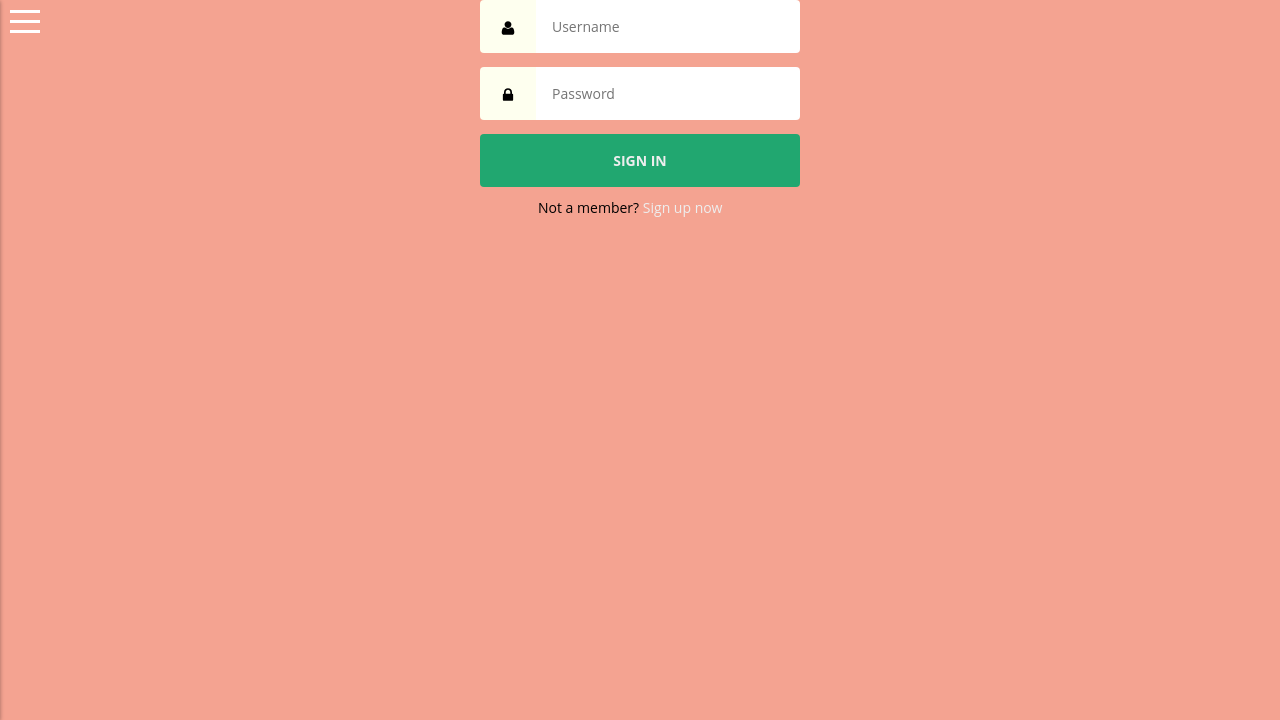
Repository: se-yoo/ChangeSeat
Page: http://localhost/ChangeSeat/signUp.jsp
An editor plug-in stored every save of this project. The page is shown before and after the next save, followed by the edit.
The browser window is 1280 px wide. The pictures show the whole page.
Some web libraries are served in a nearby version. The page is served by Tomcat 9.

Above is the page before, as saved 2018-06-25 09:38:00.

### ChangeSeat/WebContent/signUp.jsp
<%@ page language="java" contentType="text/html; charset=UTF-8"
    pageEncoding="UTF-8"%>
<jsp:forward page="templateTest.jsp">
	<jsp:param name="CONTENTPAGE" value="loginProc.jsp"/>
</jsp:forward>

### ChangeSeat/WebContent/templateTest.jsp
<%@ page language="java" contentType="text/html; charset=UTF-8"
    pageEncoding="UTF-8"%>
<!DOCTYPE html>
<html>
<head>
<meta charset="UTF-8">
<title>자리바꾸기</title>
<meta name="viewport" content="width=device-width, initial-scale=1">
 <title>Side Menu</title>
 <link rel="stylesheet" href="templateStyle.css">
 <link href='https://fonts.googleapis.com/css?family=Pacifico' rel='stylesheet' type='text/css'>
 <script src="//ajax.googleapis.com/ajax/libs/jquery/1.6.1/jquery.min.js" type="text/javascript"></script>
 <script>
$(document).ready(function(){
  /*
  $(".first").mouseover(function(){
    $(".second").css("background-color", '#6b81d5');
    $(".first").css("background-color", '#D56B81');

  });
  $(".second").mouseover(function(){
    $(".second").css("background-color", '#8a6bd5');
    $(".first").css("background-color", '#6bd5bf');

  });
  */
  $(".wrap").click(function(){
    $(".top").toggleClass("addedtop");
    $(".mid").toggleClass("addedmid");
    $(".bot").toggleClass("addedbot");
$(".side").toggleClass("triggered");
    $(".sidebtn").toggleClass("sideopacity");


  });

}); //final
</script>
</head>
<body>
<%
	String contentpage=request.getParameter("CONTENTPAGE");
%>
  <div class="wrap">
<span class="line top"></span>
  <span class="line mid"></span>
  <span class="line bot"></span>
  </div>
  <div class="side">
    <a href="main.jsp" class="sidebtn">홈</a>
    <a href="#" class="sidebtn">자리바꾸기</a>
    <a href="#" class="sidebtn">조편성</a>
    <a href="#" class="sidebtn">정보관리</a>
  </div>
  <jsp:include page="<%= contentpage %>"></jsp:include>
</body>
</html>

### ChangeSeat/WebContent/loginProc.jsp
<%@ page language="java" contentType="text/html; charset=UTF-8"
	pageEncoding="UTF-8"%>
<!DOCTYPE html>
<html>
<head>
<meta content="text/html; charset=UTF-8">
<title></title>
 <link rel="stylesheet" href="loginStyle.css">
</head>
<body>
	<div class="grid">

    <form action="https://httpbin.org/post" method="POST" class="form login">

      <div class="form__field">
        <label for="login__username"><svg class="icon"><use xmlns:xlink="http://www.w3.org/1999/xlink" xlink:href="#user"></use></svg><span class="hidden">Username</span></label>
        <input id="login__username" type="text" name="username" class="form__input" placeholder="Username" required>
      </div>

      <div class="form__field">
        <label for="login__password"><svg class="icon"><use xmlns:xlink="http://www.w3.org/1999/xlink" xlink:href="#lock"></use></svg><span class="hidden">Password</span></label>
        <input id="login__password" type="password" name="password" class="form__input" placeholder="Password" required>
      </div>

      <div class="form__field">
        <input type="submit" value="Sign In">
      </div>

    </form>

    <p class="text--center">Not a member? <a href="#">Sign up now</a> <svg class="icon"><use xmlns:xlink="http://www.w3.org/1999/xlink" xlink:href="assets/images/icons.svg#arrow-right"></use></svg></p>

  </div>

	  <svg xmlns="http://www.w3.org/2000/svg" class="icons"><symbol id="arrow-right" viewBox="0 0 1792 1792">
	  <path d="M1600 960q0 54-37 91l-651 651q-39 37-91 37-51 0-90-37l-75-75q-38-38-38-91t38-91l293-293H245q-52 0-84.5-37.5T128 1024V896q0-53 32.5-90.5T245 768h704L656 474q-38-36-38-90t38-90l75-75q38-38 90-38 53 0 91 38l651 651q37 35 37 90z"/>
	  </symbol><symbol id="lock" viewBox="0 0 1792 1792">
	  <path d="M640 768h512V576q0-106-75-181t-181-75-181 75-75 181v192zm832 96v576q0 40-28 68t-68 28H416q-40 0-68-28t-28-68V864q0-40 28-68t68-28h32V576q0-184 132-316t316-132 316 132 132 316v192h32q40 0 68 28t28 68z"/>
	  </symbol><symbol id="user" viewBox="0 0 1792 1792"><path d="M1600 1405q0 120-73 189.5t-194 69.5H459q-121 0-194-69.5T192 1405q0-53 3.5-103.5t14-109T236 1084t43-97.5 62-81 85.5-53.5T538 832q9 0 42 21.5t74.5 48 108 48T896 971t133.5-21.5 108-48 74.5-48 42-21.5q61 0 111.5 20t85.5 53.5 62 81 43 97.5 26.5 108.5 14 109 3.5 103.5zm-320-893q0 159-112.5 271.5T896 896 624.5 783.5 512 512t112.5-271.5T896 128t271.5 112.5T1280 512z"/></symbol></svg>

</body>
</html>

### ChangeSeat/WebContent/templateStyle.css
@CHARSET "UTF-8";
@font-face{
	font-family:yangFont;
	src:url('yangfont05.ttf') format('truetype');
}
@font-face{
	font-family:Nanum;
	src:url('NanumBarunGothicLight.ttf') format('truetype');
}
body {
  background-color:#f4a391;
  margin: 0;
  padding: 0;
  font-family:Nanum;
}
html,body {
 height:100%;
}
.line {
 display: block;
  height:3px;
  width:30px;
  background-color:white;
  margin-top:5px;
  position: absolute;
  top:0;

  transition: all .4s ease-in-out;
}
.wrap {
 height:80px;
  position: relative;
  top:5px;
  left:10px;
  width: 30px;
  z-index: +150;
  cursor: pointer;
  height:30px;
  position: fixed;
}

.mid {
 top:10px;
}
.bot {
top:20px;
}

.addedmid {
  transform: rotate(135deg);
}
.addedtop {
  transform: rotate(45deg);
  top:10px;
}
.addedbot {
 opacity: 0;
}
.side {
	font-family: yangFont;
	width:20%;
  	position: fixed;
  	height:100%;
  	text-align: center;
  	left:-20%;
  	z-index: 80;
  	box-shadow: 0 1px 4px 0 rgba(0,0,0,0.37);
  	top:0;
  	background-color: #21a770;
  	transition: all .5s ease-in-out;
}
.sidebtn {
 text-decoration: none;
  display: block;
  color:white;
  font-size:35px;
  opacity:0;
  width:50%;
  position: relative;
  left:25%;
  top:25%;
  white-space: nowrap;
  line-height:100px;
  transition:all .25s ease-in-out;

}
.sideopacity  {
 opacity: 1;
  transition: all 1s ease-in-out;
}
.sidebtn:hover {
  text-shadow: 2px 2px rgba(0, 0, 0, 0.38);
}
.triggered {
 left:0;
}
.sidebtn::after {
 content: '';
  position: absolute;
  bottom:0;
  left:50%;
  width:0%;
  height:5px;
  background-color: white;
  transition: all .3s ease-out;
}
.sidebtn:hover::after {
 width: 100%;
  left:0;
  box-shadow: 2px 2px rgba(0, 0, 0, 0.38);
}

### ChangeSeat/WebContent/loginStyle.css
@CHARSET "UTF-8";
@font-face{
	font-family:yangFont;
	src:url('yangfont05.ttf') format('truetype');
}
@font-face{
	font-family:Nanum;
	src:url('NanumBarunGothicLight.ttf') format('truetype');
}
body{
	text-align:center;
	font-size:1.2em;
  color: var(--bodyColor);
  font-family: var(--bodyFontFamily), var(--bodyFontFamilyFallback);
  font-size: var(--bodyFontSize);
  font-weight: var(--bodyFontWeight);
  height: 100%;
  line-height: var(--bodyLineHeight);
  margin: 0;
  min-height: 100vh;
}

:root {
  --gridMaxWidth: 20rem;
  --gridWidth: 90%;
}

.grid {
  margin-left: auto;
  margin-right: auto;
  max-width: var(--gridMaxWidth);
  width: var(--gridWidth);
}

/* helpers/hidden.css */

.hidden {
  border: 0;
  clip: rect(0 0 0 0);
  height: 1px;
  margin: -1px;
  overflow: hidden;
  padding: 0;
  position: absolute;
  width: 1px;
}

/* helpers/icon.css */

:root {
  --iconFill: var(--baseColor);
}

.icons {
  display: none;
}

.icon {
  display: inline-block;
  fill: var(--iconFill);
  font-size: 1rem;
  height: 1em;
  vertical-align: middle;
  width: 1em;
}

/* layout/base.css */

:root {
  --htmlFontSize: 100%;

  --bodyBackgroundColor: #2c3338;
  --bodyColor: var(--baseColor);
  --bodyFontFamily: 'Open Sans';
  --bodyFontFamilyFallback: sans-serif;
  --bodyFontSize: 0.875rem;
  --bodyFontWeight: 400;
  --bodyLineHeight: 1.5;
}

* {
  box-sizing: inherit;
}

html {
  box-sizing: border-box;
  font-size: var(--htmlFontSize);
  height: 100%;
}
/* modules/anchor.css */

:root {
  --anchorColor: #eee;
}

a {
  color: var(--anchorColor);
  outline: 0;
  text-decoration: none;
}

a:focus,
a:hover {
  text-decoration: underline;
}

/* modules/form.css */

:root {
  --formFieldMargin: 0.875rem;
}

input {
  background-image: none;
  border: 0;
  color: inherit;
  font: inherit;
  margin: 0;
  outline: 0;
  padding: 0;
  transition: background-color 0.3s;
}

input[type='submit'] {
  cursor: pointer;
}

.form {
  margin: calc(var(--formFieldMargin) * -1);
}

.form input[type='password'],
.form input[type='text'],
.form input[type='submit'] {
  width: 100%;
}

.form__field {
  display: flex;
  margin: var(--formFieldMargin);
}

.form__input {
  flex: 1;
}

/* modules/login.css */

:root {
  --loginBorderRadus: 0.25rem;
  --loginColor: #eee;

  --loginInputBackgroundColor: #3b4148;
  --loginInputHoverBackgroundColor: #434a52;

  --loginLabelBackgroundColor: #363b41;

  --loginSubmitBackgroundColor: #ea4c88;
  --loginSubmitColor: #eee;
  --loginSubmitHoverBackgroundColor: #d44179;
}

.login {
  color: var(--loginColor);
}

.login label,
.login input[type='text'],
.login input[type='password'],
.login input[type='submit'] {
  border-radius: var(--loginBorderRadus);
  padding: 1rem;
}

.login label {
  background-color: #feffef;
  border-bottom-right-radius: 0;
  border-top-right-radius: 0;
  padding-left: 1.25rem;
  padding-right: 1.25rem;
}

.login input[type='password'],
.login input[type='text'] {
  background-color: white;
  border-bottom-left-radius: 0;
  border-top-left-radius: 0;
}

.login input[type='password']:focus,
.login input[type='password']:hover,
.login input[type='text']:focus,
.login input[type='text']:hover {
  background-color:white;
}

.login input[type='submit'] {
  background-color: #21a770;
  color: var(--loginSubmitColor);
  font-weight: 700;
  text-transform: uppercase;
}

.login input[type='submit']:focus,
.login input[type='submit']:hover {
  background-color: white;
  color:#21a770;
}

/* modules/text.css */

:root {
  --paragraphMarginBottom: 1.5rem;
  --paragraphMarginTop: 1.5rem;
}

p {
  margin-bottom: var(--paragraphMarginBottom);
  margin-top: var(--paragraphMarginTop);
}

.text--center {
  text-align: center;
}

After the next save:
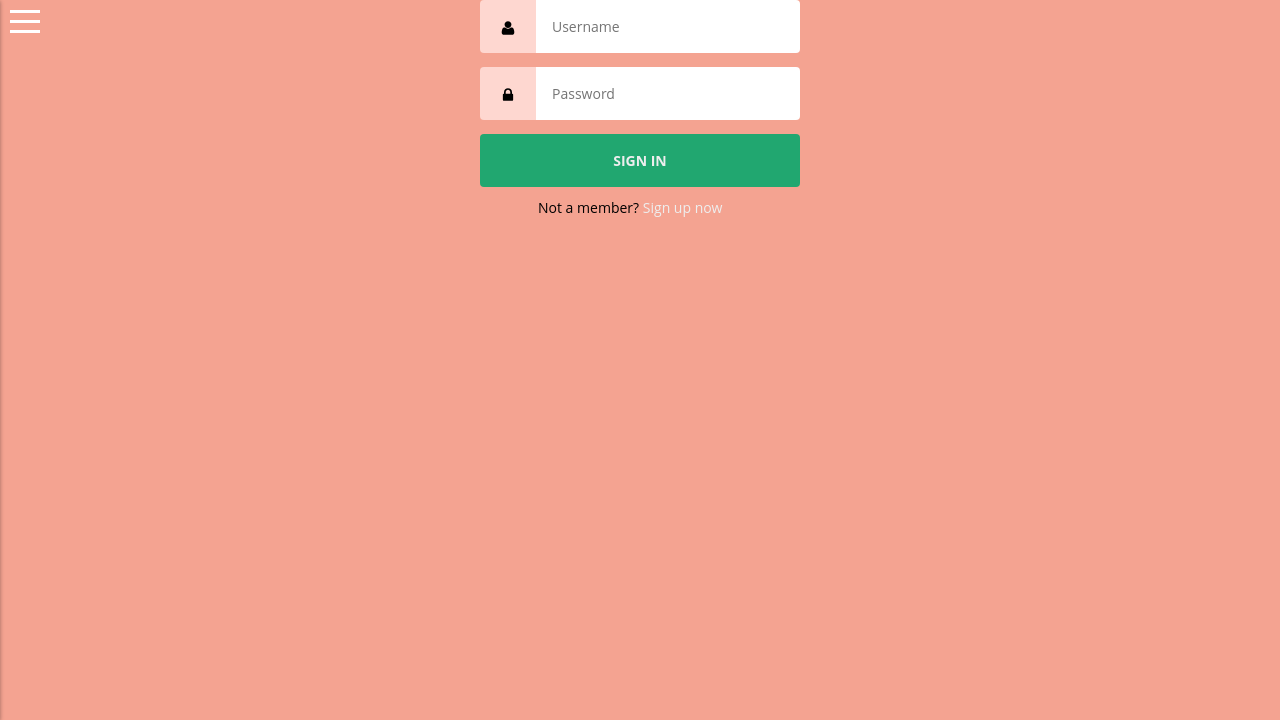
Saved 22 s later.
--- a/ChangeSeat/WebContent/loginStyle.css
+++ b/ChangeSeat/WebContent/loginStyle.css
@@ -173,7 +173,7 @@ input[type='submit'] {
 }
 
 .login label {
-  background-color: #feffef;
+  background-color: #fed7d0;
   border-bottom-right-radius: 0;
   border-top-right-radius: 0;
   padding-left: 1.25rem;
